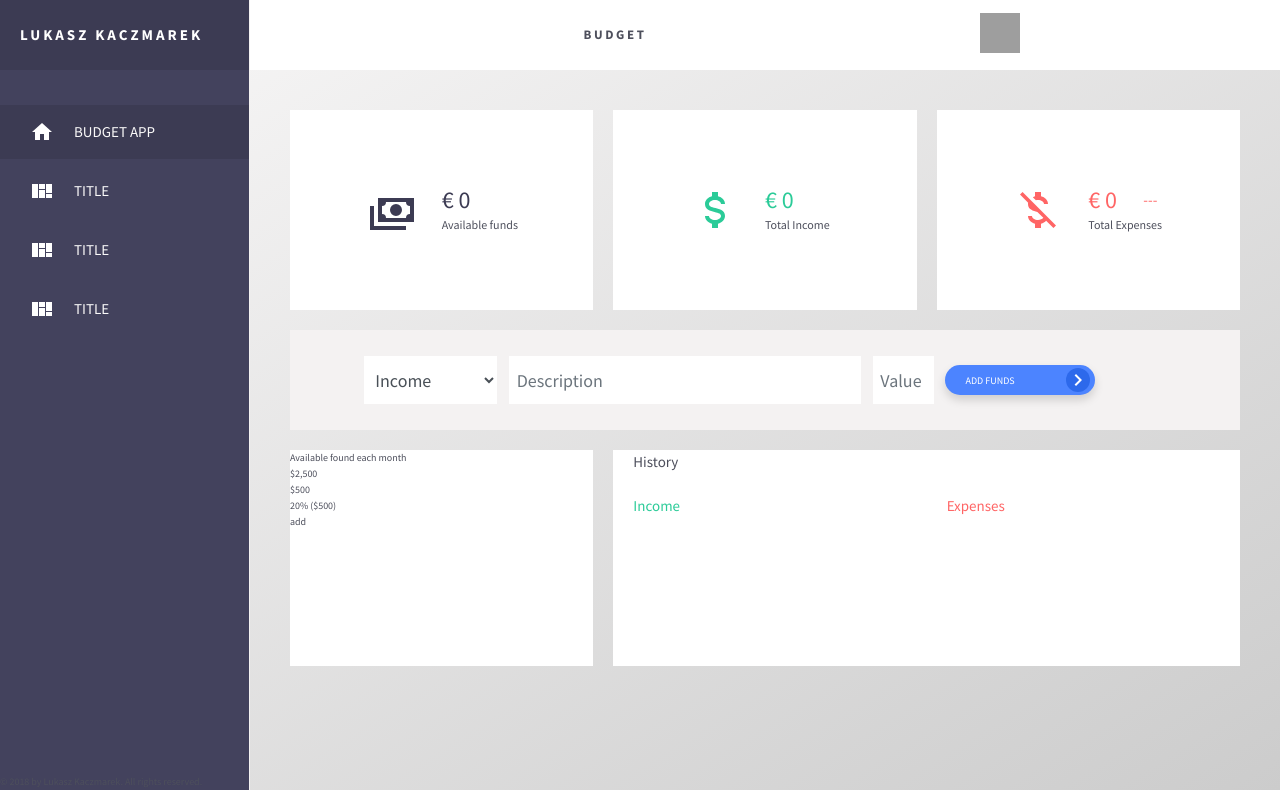
Repository: Archezi/BudgetApplication
Page: index.html
These files come from the project's save history. The page is drawn as it stood at one moment and after the next save; the edit follows.
The browser window is 1280 px wide. The pictures show the whole page.
Pictures or frames that could not be fetched are drawn as grey boxes. The style sheet was rebuilt from its Sass, Less or Tailwind sources for each picture, by a compiler version that may differ from the author's.

Above is the page before, as saved 2018-08-31 14:59:22.

After the next save:
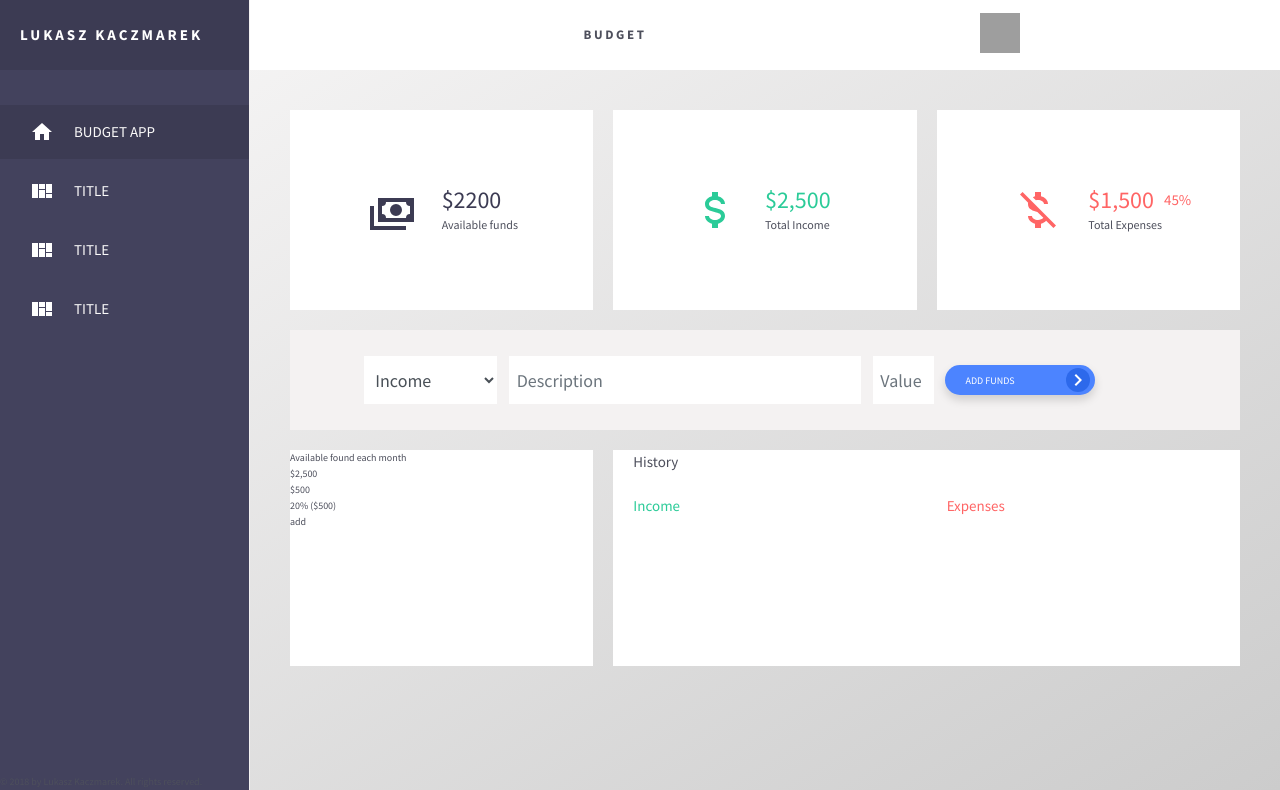
Console error: SyntaxError: Invalid shorthand property initializer
Saved 22 min 54 s later.
--- a/js/myscript.js
+++ b/js/myscript.js
@@ -71,7 +71,15 @@
 
       return newItem;
     },
-
+    deleteItem = function(type, id) {
+
+      var ids = data.allItems[type].map(function(current) {
+        return current.id;
+      });
+
+      index = ids.indexOf(id);
+
+    },
     calculateBudget: function() {
 
       // calculate total income and expenses
@@ -273,6 +281,13 @@
       splitID = itemID.split('-');
       type = splitID[0];
       ID = splitID[1];
+
+      // 1. delete the item from the data structure
+
+      // 2. Delete the item from the UI
+
+      // 3. Update and show the new budget
+
     }
   }
 

After the 4 saves that followed:
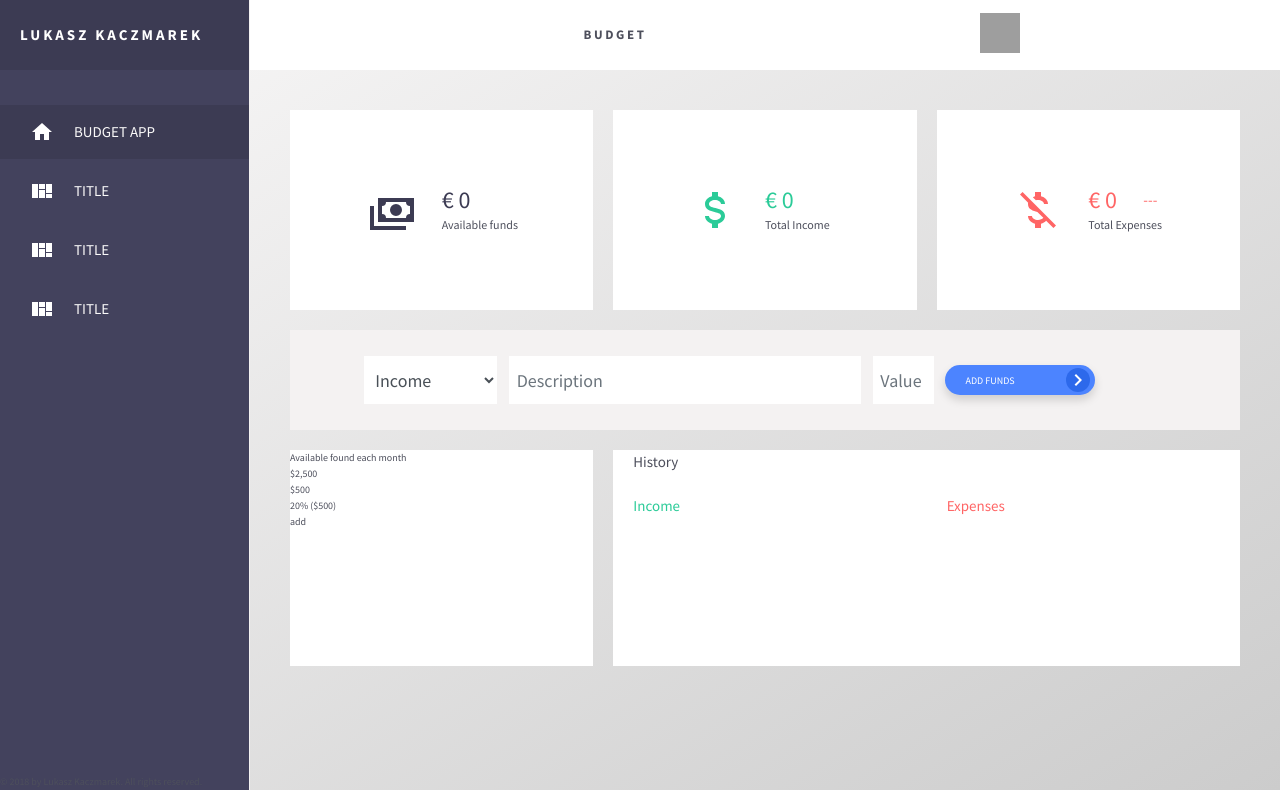
The error is gone.
The 4 saves are shown as one change because 3 left the picture as it was.
The last was saved 13 min 27 s later.
--- a/js/myscript.js
+++ b/js/myscript.js
@@ -71,13 +71,19 @@
 
       return newItem;
     },
-    deleteItem = function(type, id) {
-
-      var ids = data.allItems[type].map(function(current) {
+    deleteItem: function(type, id) {
+      var ids, index;
+
+      ids = data.allItems[type].map(function(current) {
         return current.id;
       });
 
+
       index = ids.indexOf(id);
+
+      if( index !== -1) {
+        data.allItems[type].splice(index, 1);
+      }
 
     },
     calculateBudget: function() {
@@ -283,7 +289,7 @@
       ID = splitID[1];
 
       // 1. delete the item from the data structure
-
+      budgetCtrl.deleteItem(type, ID);
       // 2. Delete the item from the UI
 
       // 3. Update and show the new budget
